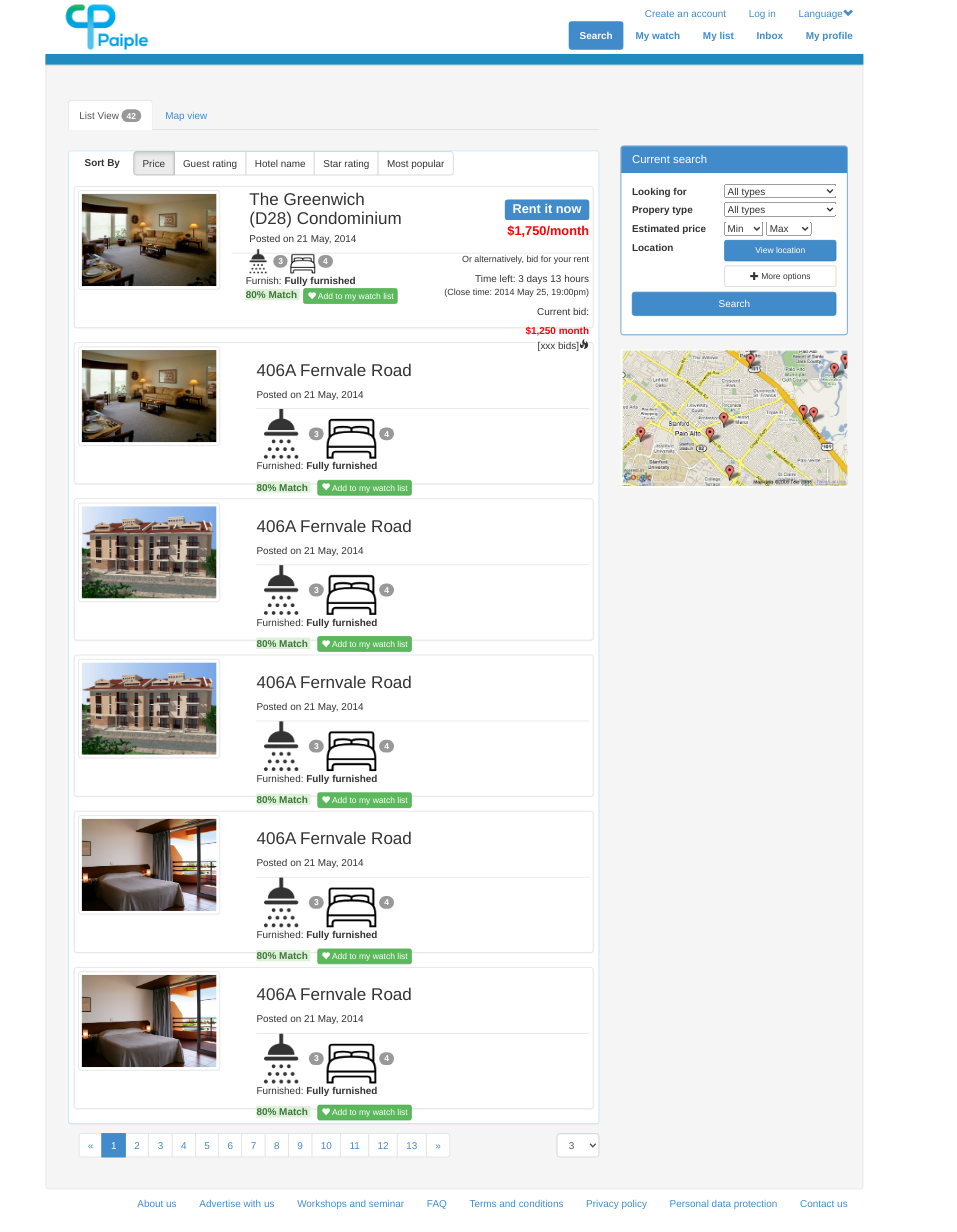
Repository: thytran142/Intern
Page: Internship/ListingPage.html
The author's editor kept a copy of each file at every save. The page is drawn from the files as they stood at one save, then again after the next save.
The browser window is 1280 px wide. The page is 1348 px wide, so the pictures cover 1348 px, including what lies to the right of the window. The pictures show the whole page, at 71% of full size.
Some web libraries are served in a nearby version.

Above is the page before, as saved 2014-05-23 05:40:34.

After the next save:
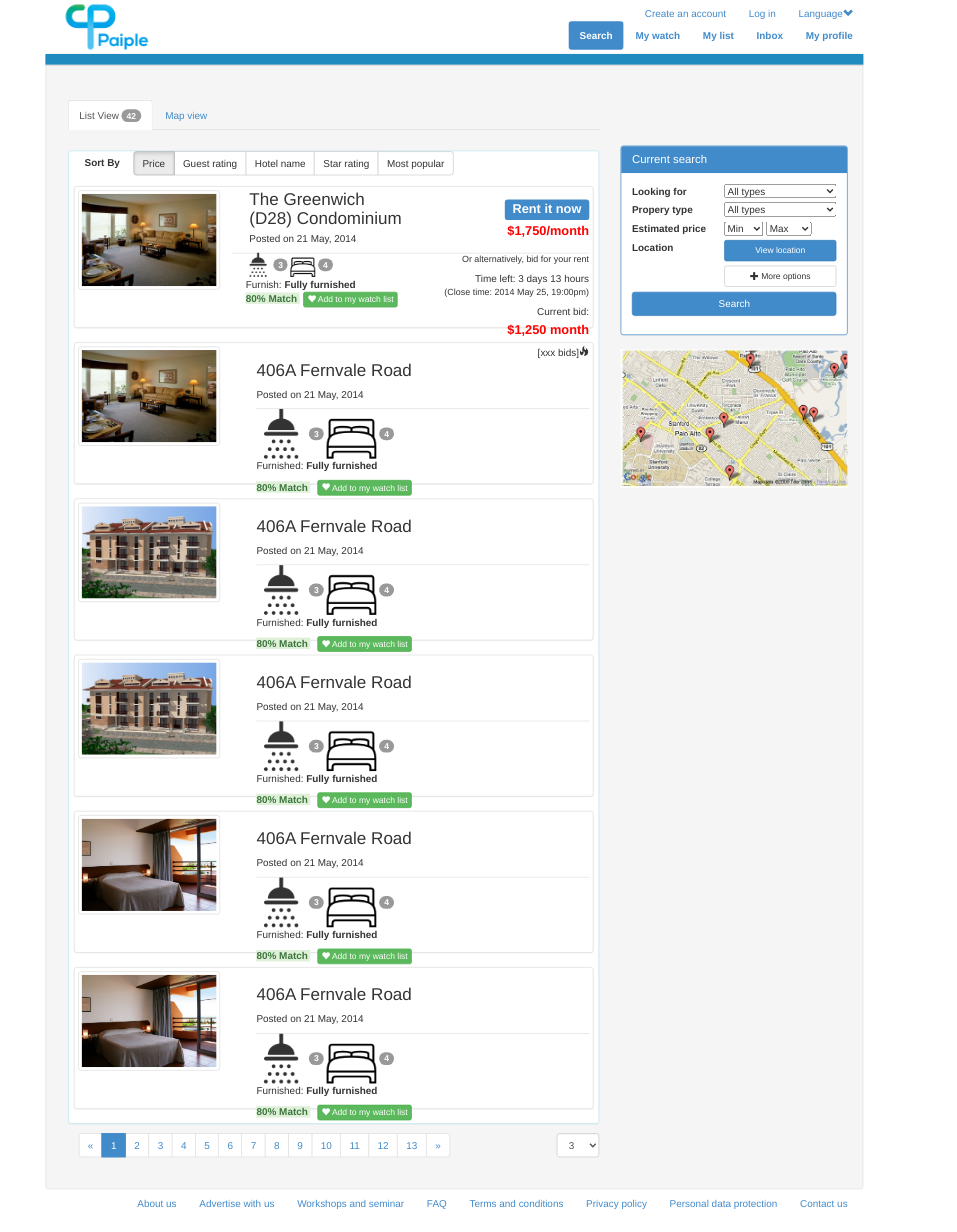
Saved 16 s later.
--- a/Internship/ListingPage.html
+++ b/Internship/ListingPage.html
@@ -182,7 +182,7 @@
 								<td style="text-align:right;"><div style="font-size:90%;">Or alternatively, bid for your rent</div>
 									<h5>Time left: 3 days 13 hours</h5>
 									<div style="font-size:90%;margin-top:-3%;">(Close time: 2014 May 25, 19:00pm)</div>
-									<h5>Current bid:</h5><div style="font-weight:bold;color:red;">$1,250 month</div></h4>
+									<h5>Current bid:</h5><h4 style="font-weight:bold;color:red;">$1,250 month</h4>
 									<p>[xxx bids]<span class="glyphicon glyphicon-fire"></span></p>
 							</td>
 							</tr>
